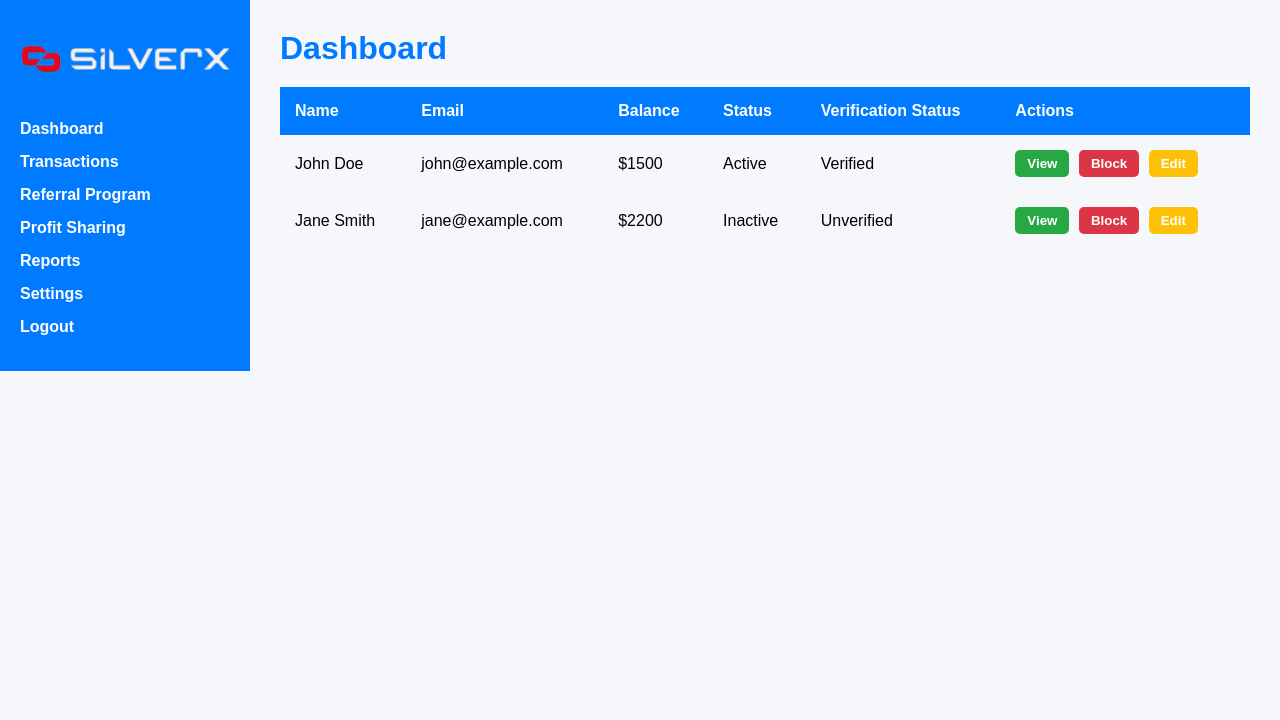
Repository: 2025silverx/slivedrX
Page: index.html
The author's editor kept a copy of each file at every save. The page is drawn from the files as they stood at one save, then again after the next save.
The browser window is 1280 px wide. The pictures show the whole page.

Above is the page before, as saved 2025-01-05 00:53:52.

### index.html
<!DOCTYPE html>
<html lang="en">
<head>
    <meta charset="UTF-8">
    <meta name="viewport" content="width=device-width, initial-scale=1.0">
    <title>Admin Panel - Users</title>
    <link rel="stylesheet" href="style.css">
</head>

<body>

    <div id="sidebar-container">
        <div class="sidebar">
            <img src="images/logo.png" alt="Sidebar Logo" class="sidebar-logo">
            <ul class="sidebar-links">
                <li><a href="index.html" class="sidebar-link" data-target="dashboard">Dashboard</a></li>
                <li><a href="index2.html" class="sidebar-link" data-target="transactions">Transactions</a></li>
                <li><a href="indesx3.html" class="sidebar-link" data-target="reports">Referral Program</a></li>
                <li><a href="index4.html" class="sidebar-link" data-target="users">Profit Sharing</a></li>
                <li><a href="index5.html" class="sidebar-link" data-target="reports">Reports</a></li>
                <li><a href="setting.html" class="sidebar-link" data-target="settings">Settings</a></li>
                <li><a href="index5.html" class="sidebar-link" data-target="logout">Logout</a></li>
            </ul>
        </div>
    </div>

    <div class="main-content">
        <h1>Dashboard</h1>
        <table>
            <thead>
                <tr>
                    <th>Name</th>
                    <th>Email</th>
                    <th>Balance</th>
                    <th>Status</th>
                    <th>Verification Status</th>
                    <th>Actions</th>
                </tr>
            </thead>
            <tbody id="userTable">
                <tr>
                    <td>John Doe</td>
                    <td>john@example.com</td>
                    <td>$1500</td>
                    <td>Active</td>
                    <td>Verified</td>
                    <td>
                        <button class="action-btn view" onclick="viewUser()">View</button>
                        <button class="action-btn block" onclick="blockUser()">Block</button>
                        <button class="action-btn edit" onclick="editUser()">Edit</button>
                    </td>
                </tr>
                <tr>
                    <td>Jane Smith</td>
                    <td>jane@example.com</td>
                    <td>$2200</td>
                    <td>Inactive</td>
                    <td>Unverified</td>
                    <td>
                        <button class="action-btn view" onclick="viewUser()">View</button>
                        <button class="action-btn block" onclick="blockUser()">Block</button>
                        <button class="action-btn edit" onclick="editUser()">Edit</button>
                    </td>
                </tr>
                <!-- Additional rows can be added here -->
            </tbody>
        </table>
    </div>

    <script src="script.js"></script>
</body>
</html>

### style.css
/* Reset some default styles */
* {
    margin: 0;
    padding: 0;
    box-sizing: border-box;
}

/* Body and container styles */
body {
    font-family: Arial, sans-serif;
    display: flex;
    height: 100vh;
    background-color: #f5f7fa;
}

.sidebar {
    width: 250px;
    background-color: #007bff;
    color: white;
    padding: 20px;
    display: flex;
    flex-direction: column;
    position: sticky;
    top: 0;
}

.sidebar h2 {
    margin-bottom: 20px;
    text-align: center;
}

.sidebar input,
.sidebar select {
    margin: 10px 0;
    padding: 10px;
    border: none;
    border-radius: 5px;
}

.filters {
    margin-top: 20px;
}

.filters label {
    color: white;
}

.sidebar-links {
    list-style: none;
    margin-top: 30px;
}

.sidebar-links li {
    margin-bottom: 15px;
}

.sidebar-links a {
    text-decoration: none;
    color: white;
    font-weight: bold;
}

.sidebar-links a:hover {
    color: #f0f0f0;
}

/* Main content area */
.main-content {
    flex: 1;
    padding: 30px;
    overflow-y: auto;
}

h1 {
    color: #007bff;
    margin-bottom: 20px;
}

/* Table styles */
table {
    width: 100%;
    border-collapse: collapse;
    margin-top: 20px;
}

th, td {
    padding: 15px;
    text-align: left;
}

th {
    background-color: #007bff;
    color: white;
}

td {
    background-color: #f5f7fa;
}

.action-btn {
    padding: 6px 12px;
    border: none;
    cursor: pointer;
    border-radius: 5px;
    margin-right: 5px;
    font-weight: bold;
}

.action-btn.view {
    background-color: #28a745;
    color: white;
}

.action-btn.view:hover {
    background-color: #218838;
}

.action-btn.block {
    background-color: #dc3545;
    color: white;
}

.action-btn.block:hover {
    background-color: #c82333;
}

.action-btn.edit {
    background-color: #ffc107;
    color: white;
}

.action-btn.edit:hover {
    background-color: #e0a800;
}

/* Responsive styles */
@media (max-width: 768px) {
    .sidebar {
        width: 200px;
    }

    .main-content {
        padding: 20px;
    }

    table {
        font-size: 14px;
    }

    th, td {
        padding: 10px;
    }
}

@media (max-width: 480px) {
    .sidebar {
        width: 100%;
        position: static;
    }

    .main-content {
        margin-top: 20px;
    }

    table {
        font-size: 12px;
    }
}

### script.js
function viewUser() {
    alert('Viewing user details...');
}

function blockUser() {
    alert('User has been blocked!');
}

function editUser() {
    alert('Editing user...');
}

// You can add additional JavaScript functionality for filters or search functionality.

After the next save:
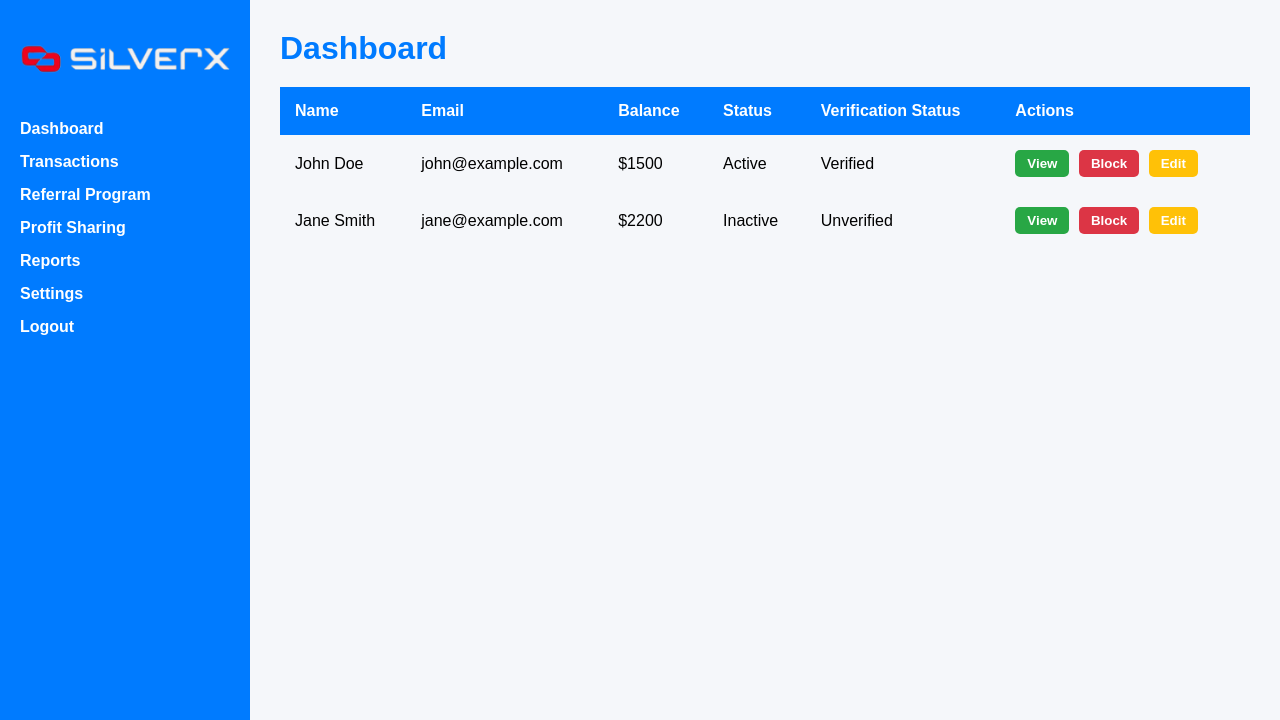
Saved 99 s later.
--- a/style.css
+++ b/style.css
@@ -22,19 +22,34 @@ body {
     flex-direction: column;
     position: sticky;
     top: 0;
+    height: 100vh;
+    /* Remove any margin or padding at the side */
+    margin-right: 0;
 }
 
+/* Sidebar heading */
 .sidebar h2 {
     margin-bottom: 20px;
     text-align: center;
 }
 
-.sidebar input,
-.sidebar select {
-    margin: 10px 0;
-    padding: 10px;
-    border: none;
-    border-radius: 5px;
+/* Sidebar links */
+.sidebar-links {
+    list-style: none;
+}
+
+.sidebar-links li {
+    margin-bottom: 15px;
+}
+
+.sidebar-links a {
+    text-decoration: none;
+    color: white;
+    font-weight: bold;
+}
+
+.sidebar-links a:hover {
+    color: #f0f0f0;
 }
 
 .filters {
